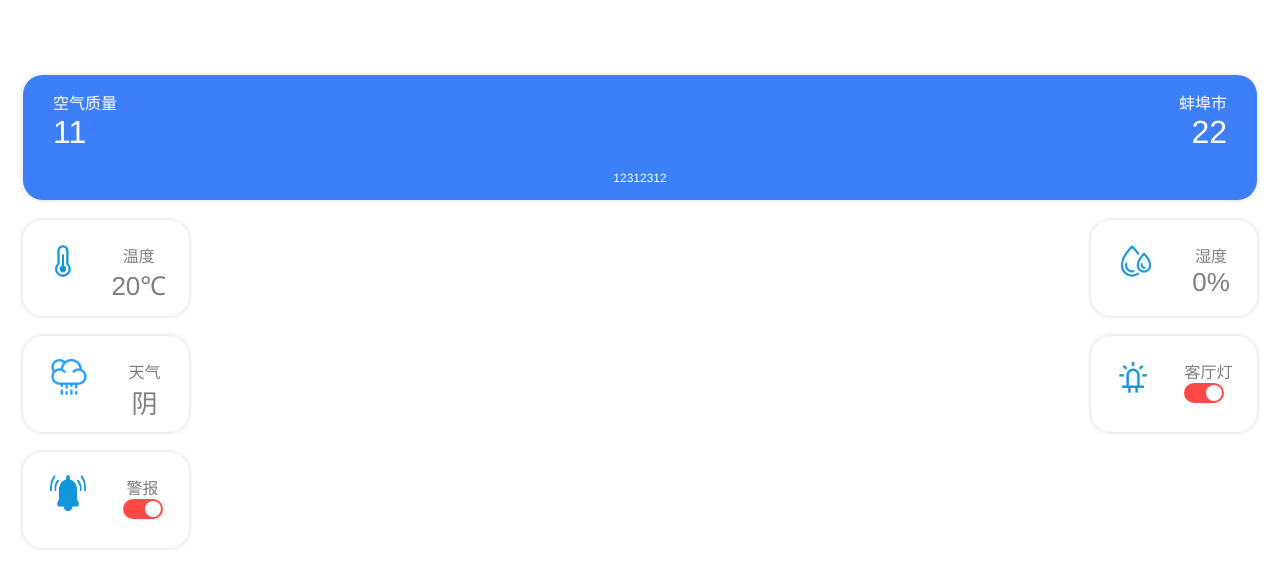
Repository: MashiroQi/MCU
Page: / (app in STM32/smart_house/WebCode/)
The author's editor kept a copy of each file at every save. The page is drawn from the files as they stood at one save, then again after the next save.
The browser window is 1280 px wide. The pictures show the whole page.
The project was rebuilt for these pictures with package versions that can differ from the ones it lists, and the page was loaded fresh each time. Also part of the build but not shown: STM32/smart_house/WebCode/vue.config.js.

Above is the page before, as saved 2023-01-03 10:17:19.

### STM32/smart_house/WebCode/index.html
<!DOCTYPE html>
<html>
  <head>
    <meta charset="utf-8">
    <meta name="viewport" content="width=device-width,initial-scale=1.0">
    <title>proj</title>
  </head>
  <body>
    <div id="app"></div>
    <!-- built files will be auto injected -->
  </body>
</html>

### STM32/smart_house/WebCode/src/main.js
// The Vue build version to load with the `import` command
// (runtime-only or standalone) has been set in webpack.base.conf with an alias.
import Vue from 'vue'
import App from './App'
import router from './router'
import switchcomponent from './components/switch.vue'

Vue.config.productionTip = false

Vue.component(switchcomponent.name,switchcomponent);
/* eslint-disable no-new */
new Vue({
  el: '#app',
  router,
  components: { App },
  template: '<App/>'
})

### STM32/smart_house/WebCode/src/App.vue
<template>
  <div id="app">
    <router-view />
  </div>
</template>

<script>
export default {
  name: "App",
};
</script>

<style>
#app {
  font-family: "Avenir", Helvetica, Arial, sans-serif;
  -webkit-font-smoothing: antialiased;
  -moz-osx-font-smoothing: grayscale;
  text-align: center;
  color: #2c3e50;
  margin-top: 60px;
}
</style>

### STM32/smart_house/WebCode/src/router/index.js
import Vue from 'vue'
import Router from 'vue-router'
import Client from '@/components/Client'
Vue.use(Router)

export default new Router({
  routes: [
    {
      path: '/',
      name: 'Client',
      component: Client
    }
  ]
})

### STM32/smart_house/WebCode/src/components/switch.vue
<template>
  <div
    :class="['switchcomponent', disabled ? 'is-disabled' : '']"
    :style="{
      backgroundColor: isOk ? activeColor : inactiveColor,
      transform: `scale(${ratio})`,
    }"
    @click="switchVal"
  >
    <div
      class="switchcomponent-radio"
      :style="{ left: isOk ? '1px' : '22px' }"
    ></div>
  </div>
</template>

<script>
export default {
  name: "switchcomponent",
  props: {
    ratio: {
      type: Number,
      default: 1,
    },
    activeColor: {
      type: String,
      default: "#13ce66",
    },
    inactiveColor: {
      type: String,
      default: "#ff4949",
    },
    disabled: {
      type: Boolean,
      default: false,
    },
    default: {
      type: Array,
      default: [],
    },
    value: {
      type: String | Number | Boolean,
      require: true,
    },
  },
  data() {
    return {
      isOk: null,
      rules: [],
    };
  },
  watch: {
    value: {
      handler(val) {
        // 以下方式只需要在初始化执行即可
        if (this.default.length === 2 && this.default[0] !== this.default[1]) {
          this.rules = JSON.parse(JSON.stringify(this.default));
          let index = this.rules.findIndex((item) => item === val);
          switch (index) {
            case -1:
              this.rules = [true, false];
              break;
            case 0:
              this.isOk = true;
              break;
            case 1:
              this.isOk = false;
              break;
          }
        } else {
          this.rules = [true, false];
          this.value ? (this.isOk = true) : (this.isOk = false);
        }
      },
      immediate: true,
      deep: true,
    },
  },
  methods: {
    switchVal() {
      if (this.disabled) {
        return;
      }
      this.isOk = !this.isOk;
      this.$emit("input", this.isOk ? this.rules[0] : this.rules[1]);
      this.$emit("change", this.isOk ? this.rules[0] : this.rules[1]);
    },
  },
};
</script>

<style lang="scss" scoped>
.switchcomponent {
  cursor: pointer;
  width: 40px;
  height: 20px;
  border-radius: 10px;
  position: relative;

  .switchcomponent-radio {
    position: absolute;
    top: 50%;
    left: 1px;
    transform: translate(0, -50%);
    width: 16px;
    height: 16px;
    background-color: #fff;
    border-radius: 50%;
    transition: left 0.3s;
  }
}
.is-disabled {
  opacity: 0.6;
  cursor: not-allowed;
}
</style>

### STM32/smart_house/WebCode/src/components/Client.vue
<template>
  <div class="wrapper">
    <div class="header-wrapper">
      <div class="header-title">
        <span>空气质量</span>
        <span>蚌埠市</span>
      </div>
      <div class="header-text">
        <span>11</span>
        <span>22</span>
      </div>
      <div class="weather-advice">12312312</div>
    </div>
    <div class="data-wrapper">
      <div class="data">
        <img class="data-logo" src="/static/images/temperature.png" />
        <div class="data-text">
          温度
          <div class="data-value">20℃</div>
        </div>
      </div>
      <div class="data">
        <img class="data-logo" src="/static/images/humirity.png" />
        <div class="data-text">
          湿度
          <div class="data-value">0%</div>
        </div>
      </div>
    </div>
    <div class="data-wrapper">
      <div class="data">
        <img class="data-logo" src="/static/images/weather.png" />
        <div class="data-text">
          天气
          <div class="data-value">阴</div>
        </div>
      </div>
      <div class="data">
        <img class="data-logo" src="/static/images/LED.png" />
        <div class="data-text">
          客厅灯
          <div class="data-value">
            <switchcomponent activeColor="#3d7ef9" />
          </div>
        </div>
      </div>
    </div>
    <div class="data-wrapper">
      <div class="data">
        <img class="data-logo" src="/static/images/alarm.png" />
        <div class="data-text">
          警报
          <div class="data-value">
            <switchcomponent />
          </div>
        </div>
      </div>
    </div>
  </div>
</template>

<script>
export default {
  name: "Client",
  data() {
    return {
      msg: "aaaa",
    };
  },
};
</script>

<style lang="scss" scoped>
.wrapper {
  padding: 15px;
  .header-wrapper {
    background-color: #3d7ef9;
    border-radius: 20px;
    color: #fff;
    box-shadow: #d6d6d6 0px 0px 5px;
    padding: 15px 30px;
    .header-title {
      display: flex;
      justify-content: space-between;
    }
    .header-text {
      font-size: 32px;
      font-weight: 400;
      display: flex;
      justify-content: space-between;
    }
    .weather-advice {
      margin-top: 20px;
      font-size: 12px;
    }
  }
  .data-wrapper {
    margin-top: 20px;
    display: flex;
    justify-content: space-between;
    .data {
      background-color: #fff;
      width: 150px;
      height: 80px;
      border-radius: 20px;
      display: flex;
      justify-content: space-around;
      padding: 8px;
      box-shadow: #d6d6d6 0px 0px 5px;
      .data-logo {
        height: 36px;
        width: 36px;
        margin-top: 15px;
      }
      .data-text {
        margin-top: 15px;
        color: #7f7f7f;
        .data-value {
          font-size: 26px;
        }
      }
    }
  }
}
</style>

After the next save:
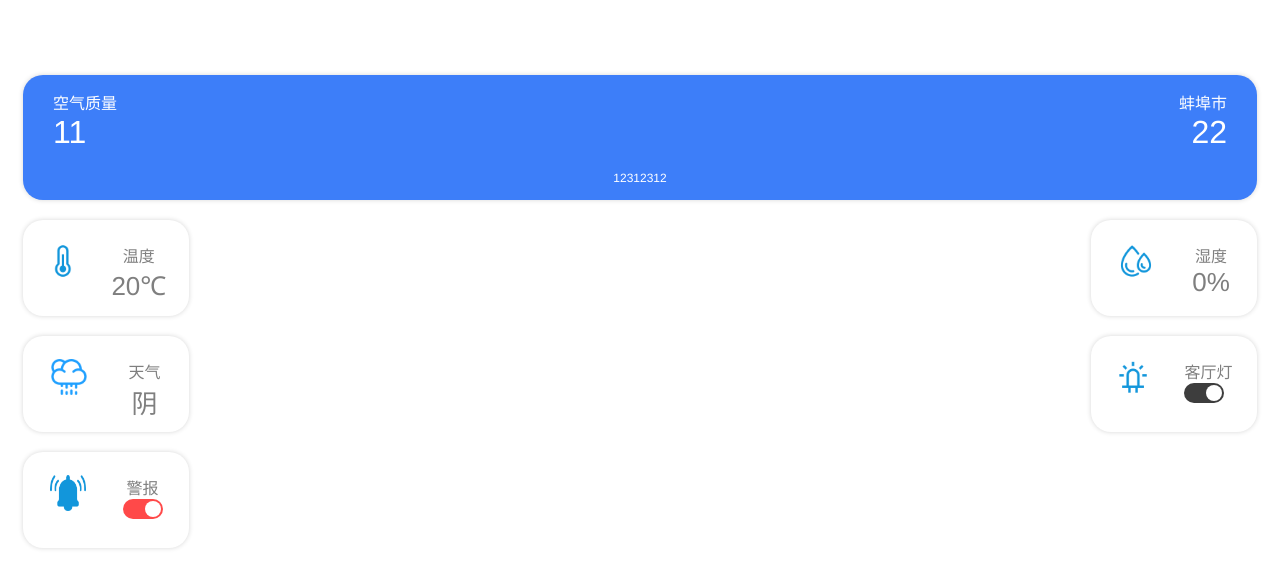
Saved 38 s later.
--- a/STM32/smart_house/WebCode/src/components/Client.vue
+++ b/STM32/smart_house/WebCode/src/components/Client.vue
@@ -40,7 +40,7 @@
         <div class="data-text">
           客厅灯
           <div class="data-value">
-            <switchcomponent activeColor="#3d7ef9" />
+            <switchcomponent activeColor="#3d7ef9" inactiveColor="#3d3d3d" />
           </div>
         </div>
       </div>
